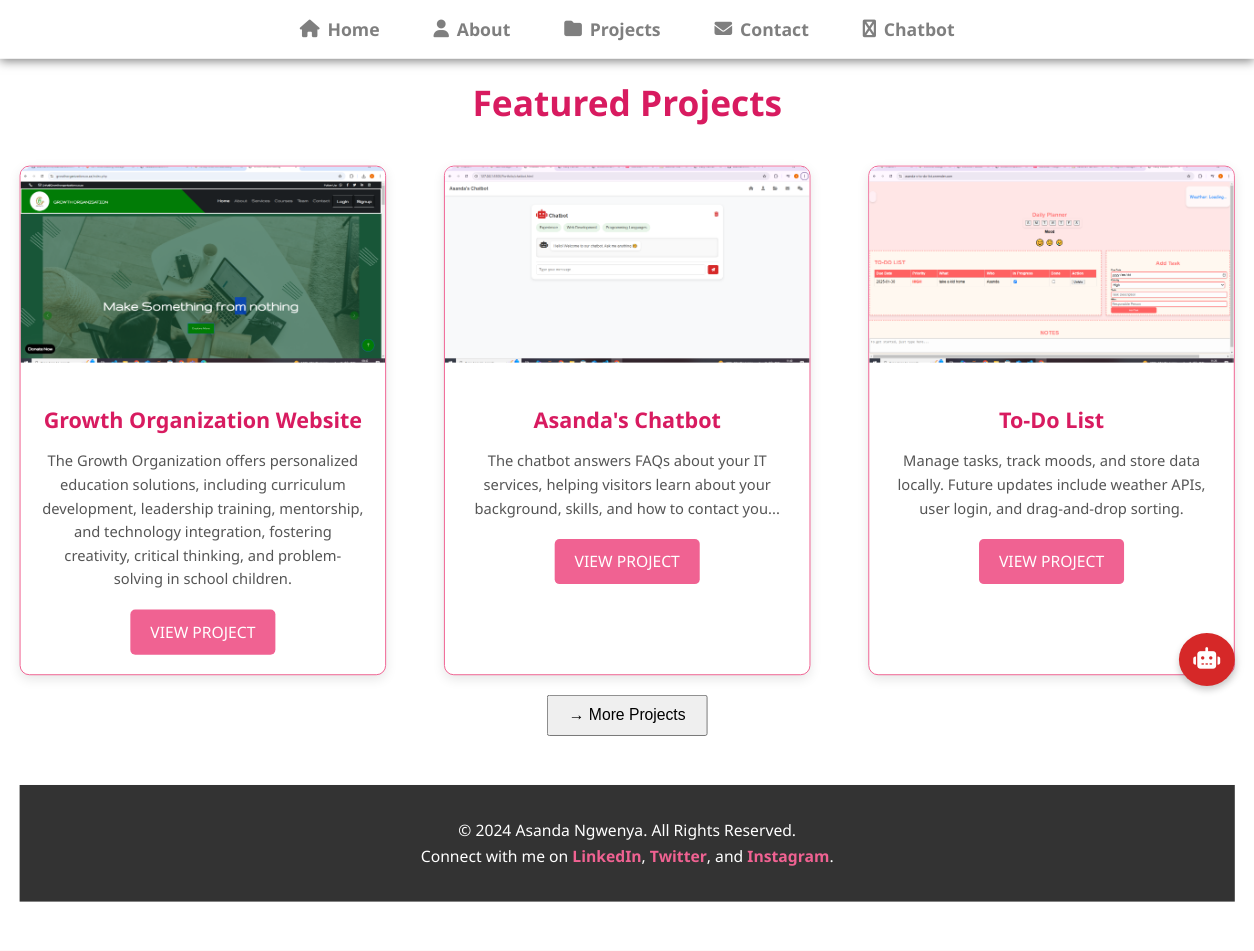
Repository: asandan8106/Asanda-sPortfolio
Page: Portfolio/project.html
An editor plug-in stored every save of this project. The page is shown before and after the next save, followed by the edit.
The browser window is 1280 px wide. The pictures show the whole page, at 98% of full size.

Above is the page before, as saved 2025-05-19 14:18:58.

After the next save:
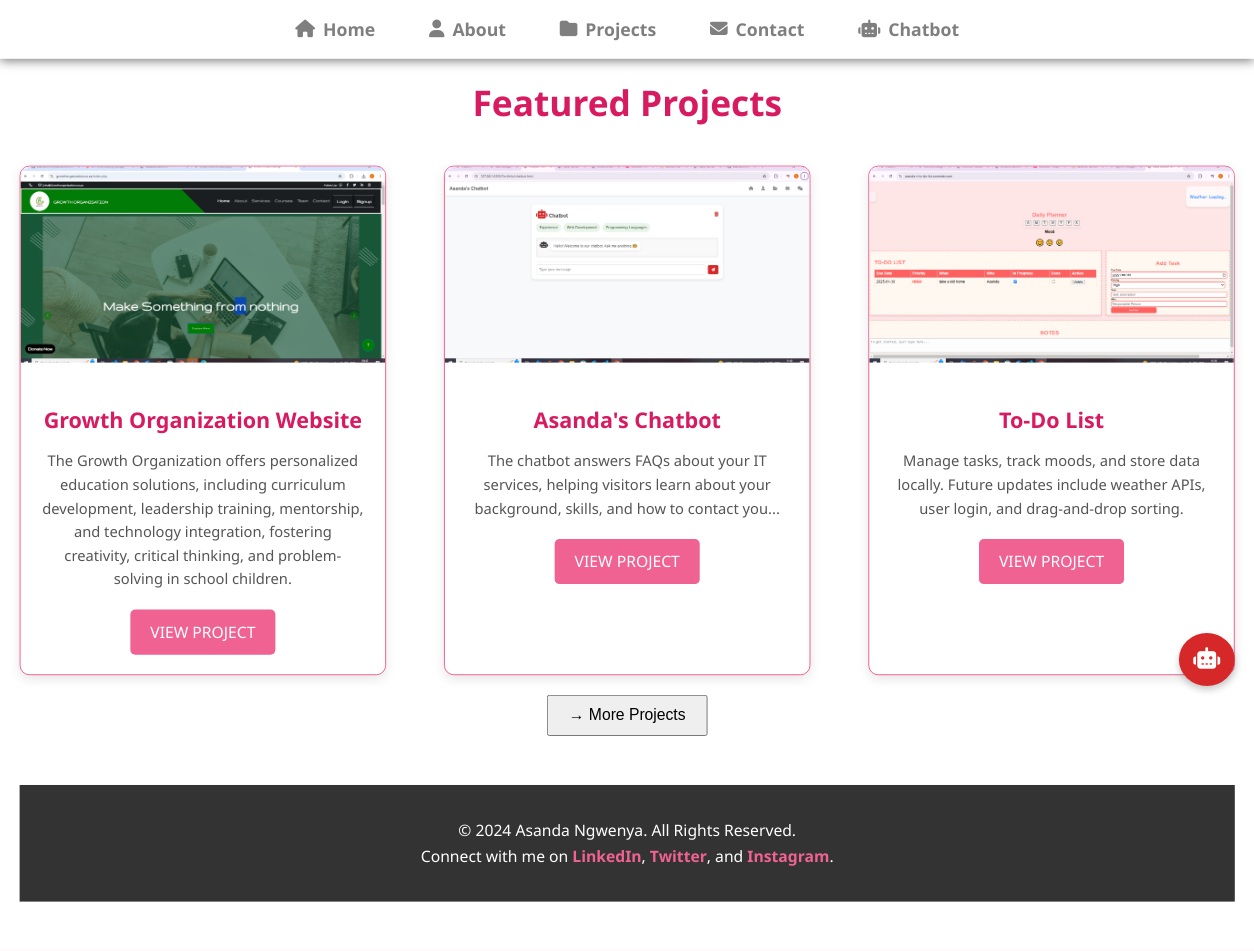
Saved 70 s later.
--- a/Portfolio/project.html
+++ b/Portfolio/project.html
@@ -22,7 +22,7 @@
         <a href="About.html"><i class="fa fa-user"></i><span>About</span></a>
         <a href="project.html"><i class="fa fa-folder"></i><span>Projects</span></a>
         <a href="contact.html"><i class="fa fa-envelope"></i><span>Contact</span></a>
-        <a href="chatbot.html"><i class="fa fa-wechat"></i><span>Chatbot</span></a>
+        <a href="chatbot.html"><i class="fa fa-robot"></i><span>Chatbot</span></a>
       </div>
     </nav>
   </header>
